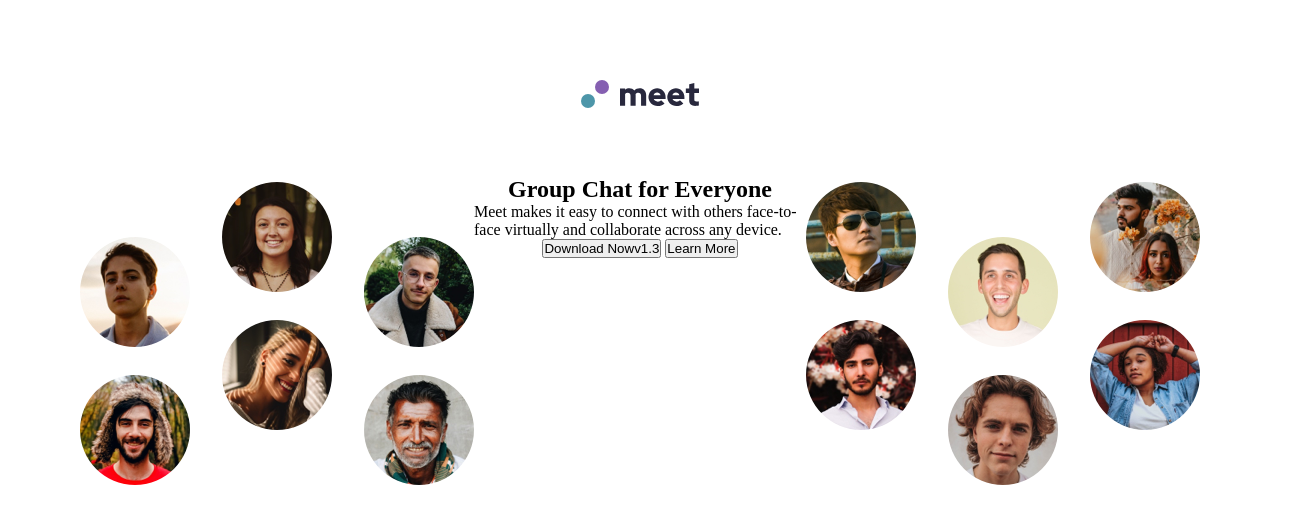
Repository: brandontaylor1/meet-landing-page
Page: index.html
The author's editor kept a copy of each file at every save. The page is drawn from the files as they stood at one save, then again after the next save.
The browser window is 1280 px wide. The page is 1280 px wide, then 1316 px, then 1280 px, so the pictures cover 1316 px, including what lies to the right of the window. The pictures show the whole page.

Above is the page before, as saved 2025-01-11 19:20:09.

### index.html
<!DOCTYPE html>
<html lang="en">
<head>
    <meta charset="UTF-8">
    <meta name="viewport" content="width=device-width, initial-scale=1.0">
    <link rel="preconnect" href="https://fonts.googleapis.com">
    <link rel="preconnect" href="https://fonts.gstatic.com" crossorigin>
    <link href="https://fonts.googleapis.com/css2?family=Red+Hat+Display:ital,wght@0,300..900;1,300..900&display=swap" rel="stylesheet">
    <link rel="stylesheet" href="styles.css">
    <title>Meet Landing Page</title>
</head>
<body>
    <nav class="navbar">
        <div class="logo-container">
            <img src="./assets/images/logo.svg" alt="meet logo">
        </div>
    </nav>
    <section class="hero-section">
        <img src="./assets/images/image-hero-left.png" alt="Left Faces">
        <div class="hero-content">
            <h1>Group Chat for Everyone</h1>
            <p>Meet makes it easy to connect with others face-to-face virtually and collaborate across any device.</p>
            <div class="btn-container">
                <button class="hero-btn" id="downloadBtn">Download Now<span>v1.3</span></button>
                <button class="hero-btn" id="whatisitBtn">Learn More</button>
            </div>
        </div>
        <img src="./assets/images/image-hero-right.png" alt="Right Faces">
    </section>

</body>
</html>

### styles.css
* {
    margin: 0;
    padding: 0;
    box-sizing: border-box
}

:root {
    --color-white: #FAFAFA;
    --color-slate: #87879D;
    --color-lightslate: #D1D1DF;
    --color-darkslate: #28283D;
    --color-cyan: #4D96A9;
    --color-purple: #855FB1;
    --color-lightcyan: #8FE3F9;
    --color-lightpurple: #D9B8FF;

}

.navbar {
    display: flex;
    padding: 80px 80px 0px 80px;
    flex-direction: column;
    justify-content: flex-end;
    align-items: center;
    gap: var(--spacing-100, 8px);
    align-self: stretch;

}

.hero-section {
    display: flex;
    align-items: center;
    justify-content: center;
    padding: 64px 80px;
}


.hero-content {
    display: flex;
    flex-direction: column;
    align-items: center;
    justify-self: center;
    width: 448px;
    height: 314px;

}

After the next save:
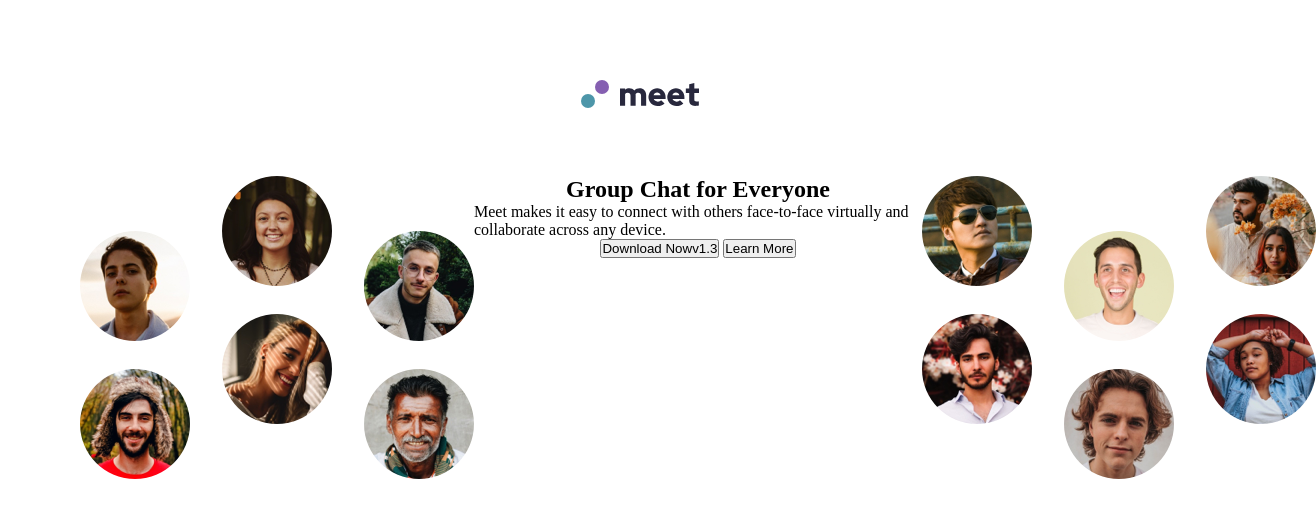
Saved 3 min 2 s later.
--- a/styles.css
+++ b/styles.css
@@ -28,9 +28,9 @@
 }
 
 .hero-section {
-    display: flex;
-    align-items: center;
-    justify-content: center;
+    display: grid;
+    grid-template-columns: repeat(3, 1fr);
+    grid-template-rows: 1fr;
     padding: 64px 80px;
 }
 

After the save that followed:
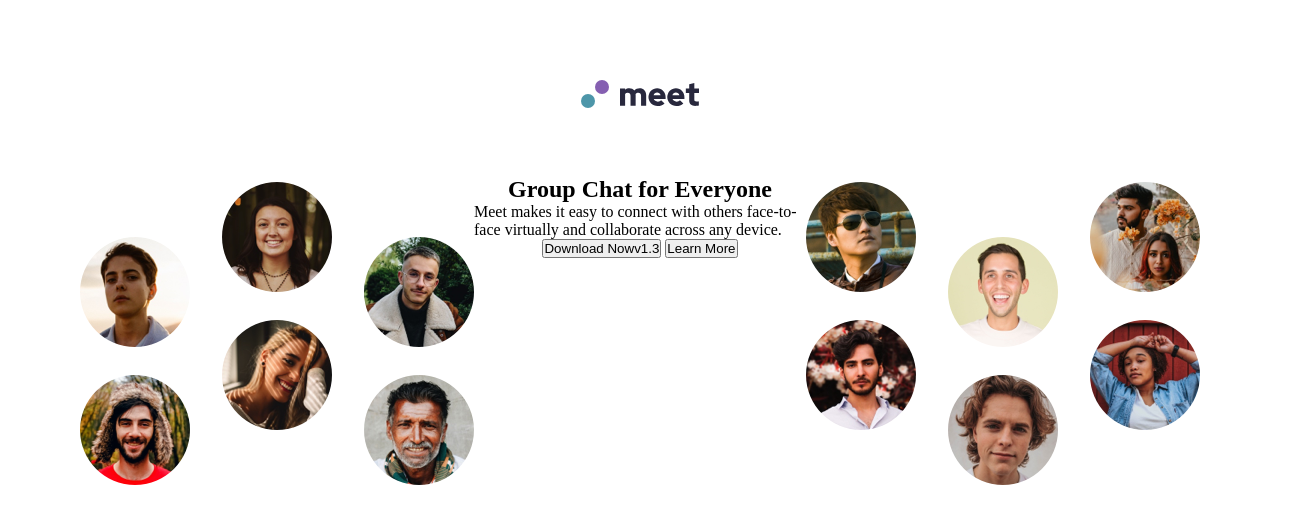
Saved 109 s later.
--- a/styles.css
+++ b/styles.css
@@ -28,9 +28,9 @@
 }
 
 .hero-section {
-    display: grid;
-    grid-template-columns: repeat(3, 1fr);
-    grid-template-rows: 1fr;
+    display: flex;
+    align-items: center;
+    justify-content: center;
     padding: 64px 80px;
 }
 
